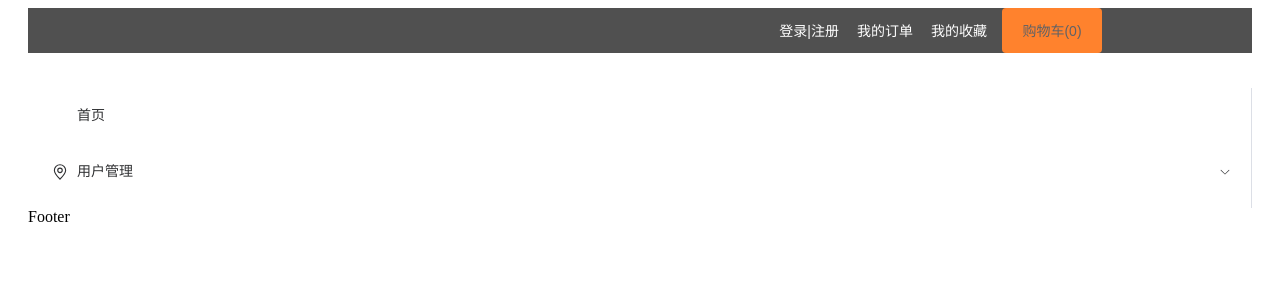
Repository: zhenghaochang/---
Page: / (app in xiaomi/)
These files come from the project's save history. The page is drawn as it stood at one moment and after the next save; the edit follows.
The browser window is 1280 px wide. The pictures show the whole page.
The project was rebuilt for these pictures with package versions that can differ from the ones it lists, and the page was loaded fresh each time. Also part of the build but not shown: xiaomi/vite.config.js.

Above is the page before, as saved 2025-07-31 09:46:48.

After the next save:
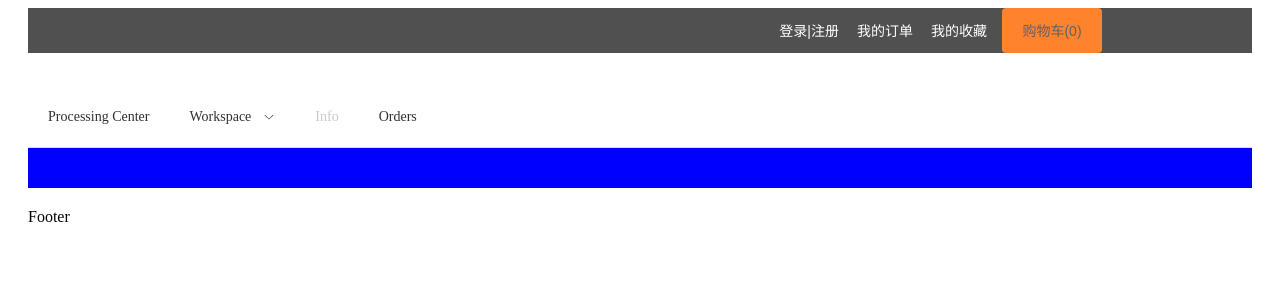
Saved 3 min 55 s later.
--- a/xiaomi/src/components/main.vue
+++ b/xiaomi/src/components/main.vue
@@ -5,30 +5,27 @@
 <template>
     <div style="width:100%;height:100px;background:blue">
         <el-menu
-            default-active="2"
-            class="el-menu-vertical-demo"
-            @open="handleOpen"
-            @close="handleClose"
-        >
-            <el-menu-item index="1">
-            <el-icon><icon-menu /></el-icon>
-            <span>首页</span>
-            </el-menu-item>
-
-            <el-sub-menu index="2">
-            <template #title>
-                <el-icon><location /></el-icon>
-                <span>用户管理</span>
-            </template>
-            <el-menu-item index="2-1">用户列表</el-menu-item>
-            <el-menu-item index="2-2">角色管理</el-menu-item>
-            </el-sub-menu>
-
-            <el-menu-item index="3" disabled>
-            <el-icon><document /></el-icon>
-            <span>禁用菜单</span>
-            </el-menu-item>
-        </el-menu>
+    :default-active="activeIndex"
+    class="el-menu-demo"
+    mode="horizontal"
+    @select="handleSelect"
+  >
+    <el-menu-item index="1">Processing Center</el-menu-item>
+    <el-sub-menu index="2">
+      <template #title>Workspace</template>
+      <el-menu-item index="2-1">item one</el-menu-item>
+      <el-menu-item index="2-2">item two</el-menu-item>
+      <el-menu-item index="2-3">item three</el-menu-item>
+      <el-sub-menu index="2-4">
+        <template #title>item four</template>
+        <el-menu-item index="2-4-1">item one</el-menu-item>
+        <el-menu-item index="2-4-2">item two</el-menu-item>
+        <el-menu-item index="2-4-3">item three</el-menu-item>
+      </el-sub-menu>
+    </el-sub-menu>
+    <el-menu-item index="3" disabled>Info</el-menu-item>
+    <el-menu-item index="4">Orders</el-menu-item>
+  </el-menu>
     </div>
 </template>
 
